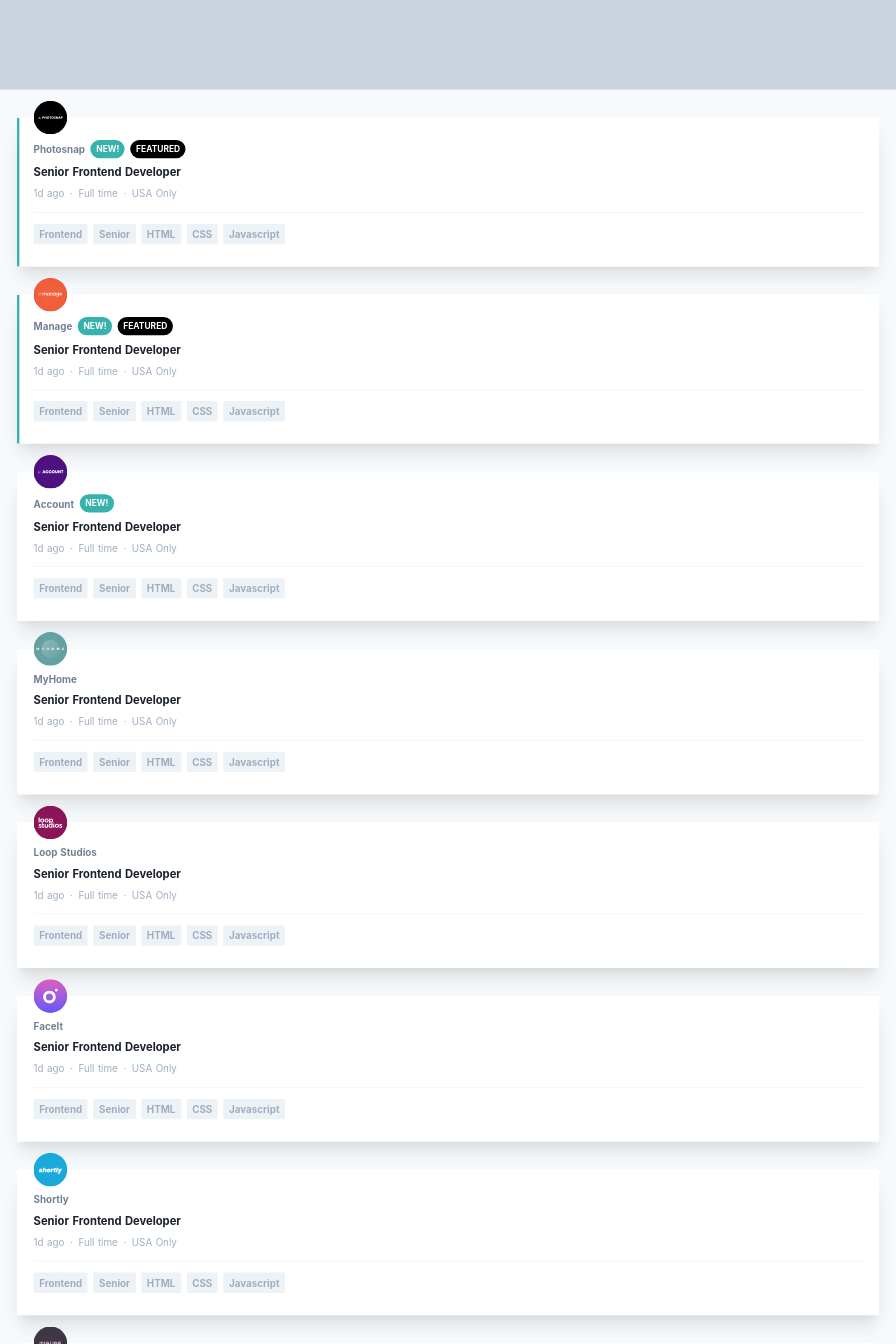
Repository: asongdon/frontendmentor-joblisting
Page: /
These files come from the project's save history. The page is drawn as it stood at one moment and after the next save; the edit follows.
The browser window is 1280 px wide. The pictures show the part of the page from y = 0 to 1920 px (the page is 2623 px tall before and 2383 px after), at 70% of full size.
The project was rebuilt for these pictures with package versions that can differ from the ones it lists, and the page was loaded fresh each time. The framework's server and built-in components were replaced by stand-ins that run in the browser. Also part of the build but not shown: nuxt.config.js.

Above is the page before, as saved 2020-04-12 21:44:40.

After the next save:
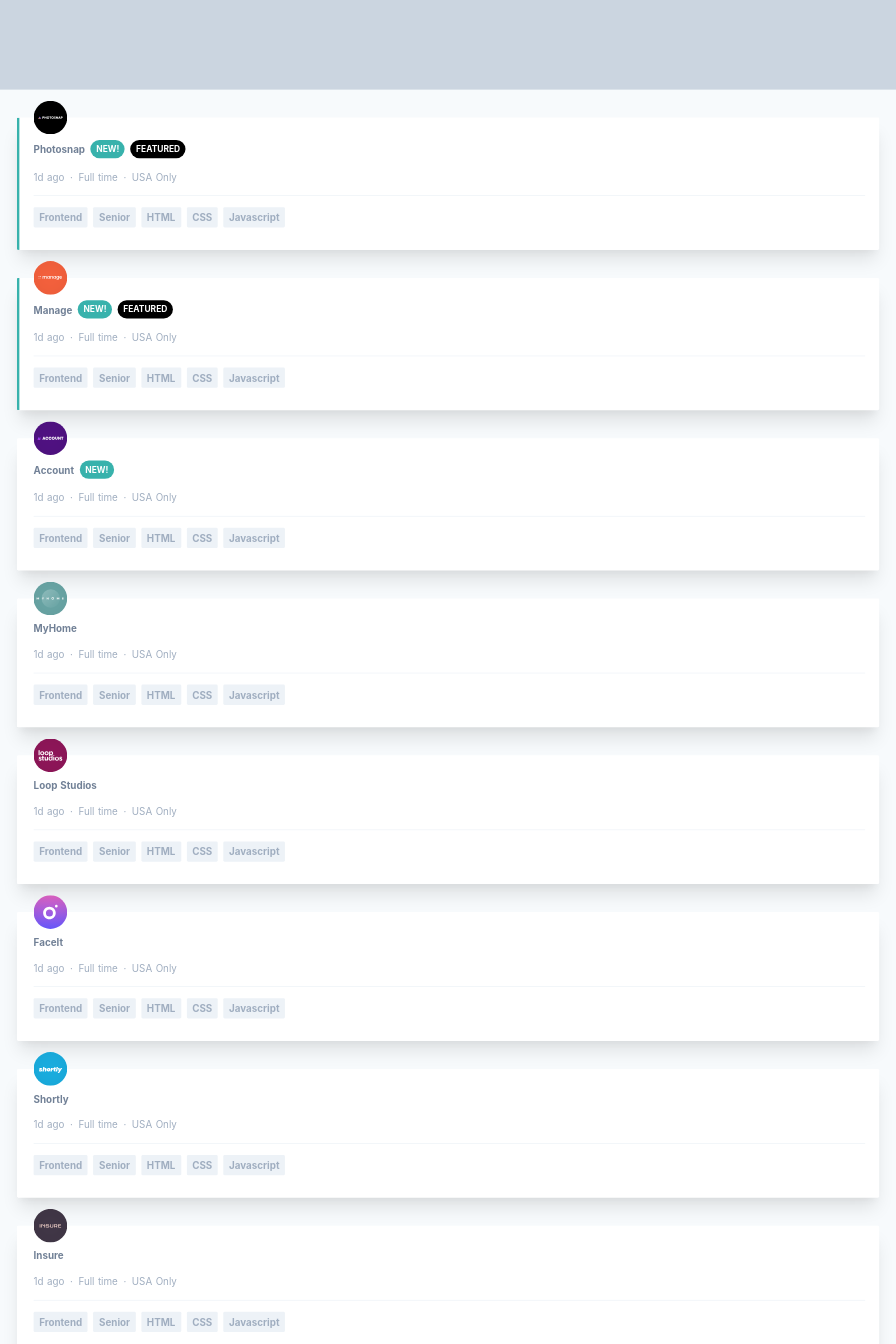
Saved 4 min 52 s later.
--- a/components/Maincard.vue
+++ b/components/Maincard.vue
@@ -26,7 +26,7 @@
     </div>
 
     <div class="mt-2 font-bold text-gray-900">
-      Senior Frontend Developer
+      {{ position }}
     </div>
 
     <div class="flex text-sm mt-2 text-gray-500 border-b border-gray-200 pb-4">
@@ -73,7 +73,8 @@ export default {
     logo: String,
     company: String,
     newStatus: Boolean,
-    featured: Boolean
+    featured: Boolean,
+    position: String
   }
 }
 </script>

After the save that followed:
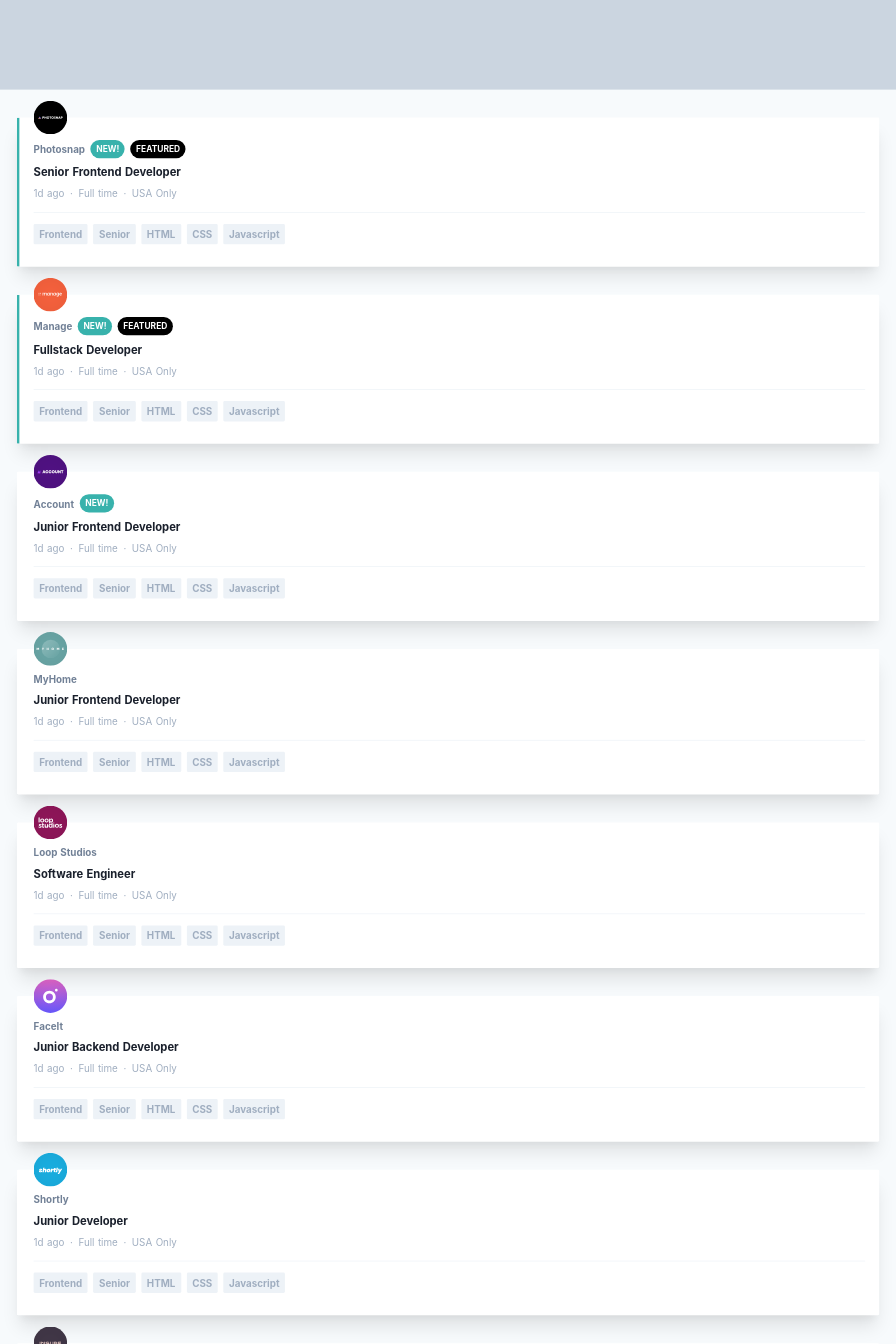
Saved 14 s later.
--- a/pages/index.vue
+++ b/pages/index.vue
@@ -1,7 +1,13 @@
 <template>
   <div class="mt-10">
     <div class="container px-6" v-for="item in data" :key="item.id">
-      <Maincard :logo="item.logo" :company="item.company" :newStatus="item.new" :featured="item.featured" />
+      <Maincard
+        :logo="item.logo"
+        :company="item.company"
+        :newStatus="item.new"
+        :featured="item.featured"
+        :position="item.position"
+      />
     </div>
   </div>
 </template>
